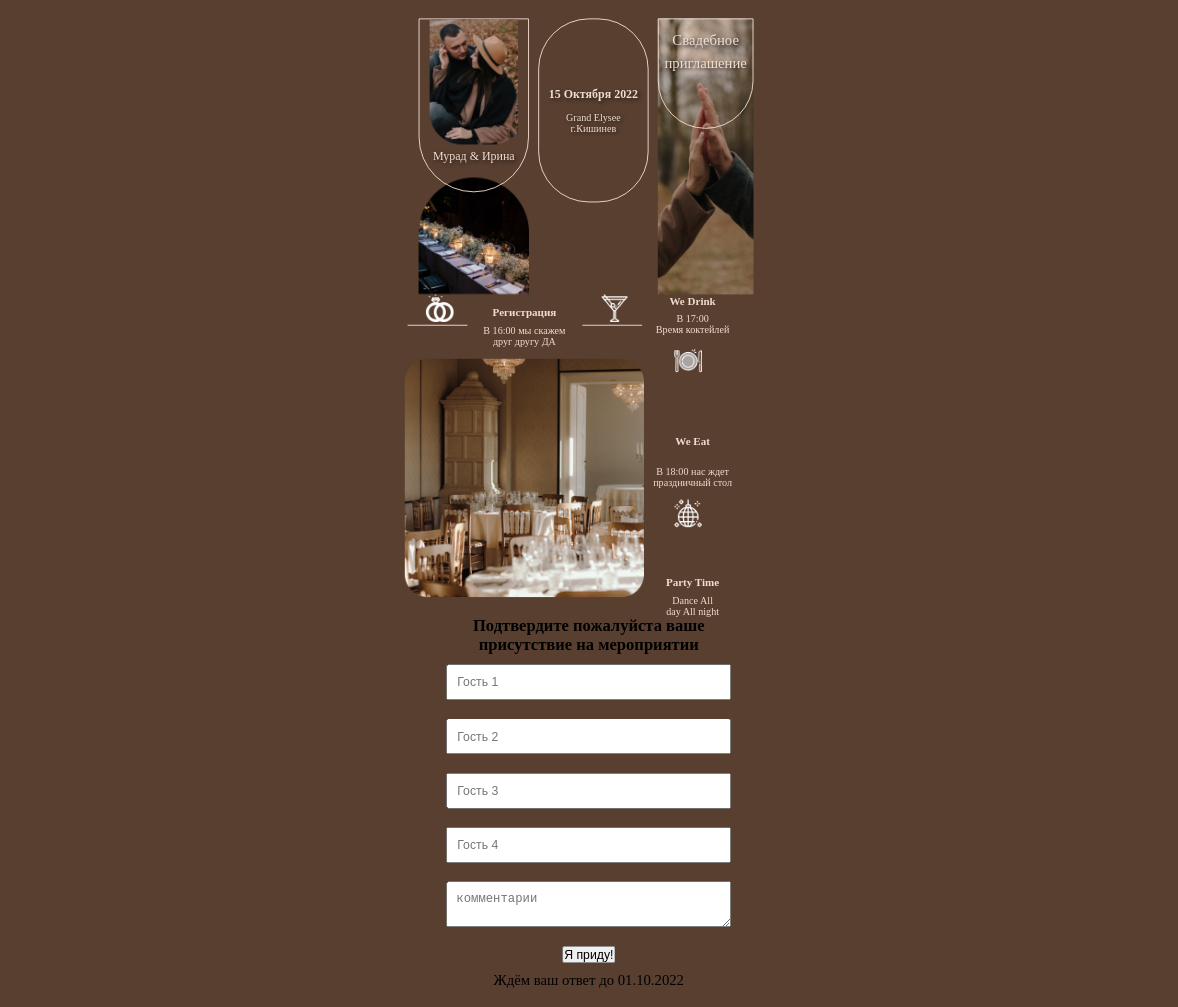
Repository: Anthony8845/wedding_invitation
Page: index.html
The author's editor kept a copy of each file at every save. The page is drawn from the files as they stood at one save, then again after the next save.
The browser window is 1280 px wide. The pictures show the whole page, at 92% of full size.

Above is the page before, as saved 2022-07-29 19:58:54.

### index.html
<!DOCTYPE html>
<html lang="en">
<head>
    <meta charset="UTF-8">
    <meta http-equiv="X-UA-Compatible" content="IE=edge">
    <meta name="viewport" content="width=device-width, user-scalable=yes">
    <link rel="stylesheet" href="./style.css">
    <!-- <script src="./script.js"></script> -->
    <title>Приглашение на свадьбу</title>
</head>
<body>

    <div class="invitation">
        <div class="info">
            <div class="info_block">
                <div class="info_border">
                    <div class="info_img-u"></div>
                    <div class="info_name">Мурад & Ирина</div>
                </div>
                <div class="info_img-d"></div>
            </div>
            <div class="info_block">
                <div class="block__data">
                    <div class="info_timer"></div>
                    <div class="info_date">
                        <h4>15 Октября 2022</h4>
                        <p>Grand Elysee <br>
                            г.Кишинев</p>
                    </div>
                </div>
            </div>
            <div class="info_block">
                <div class="info_invitation">Свадебное<br>приглашение</div>
                <div class="info_img-r"></div>
            </div>

        </div>
        <div class="timetable">
            <div class="timetable_block">
                <div class="block_icon">
                    <div class="icon_reg icon"></div>
                    <div class="line_icon-d"></div>
                </div>
                <div class="block_reg">
                    <h4>Регистрация</h4>
                    <p>В 16:00 мы скажем <br> друг другу ДА</p>
                </div>
                <div class="block_icon">
                    <div class="icon_drink icon"></div>
                    <div class="line_icon-d"></div>
                </div>

            </div>
            <div class="timetable_block">
                <div class="img_table"></div>
            </div>
            <div class="timetable_block">
                <div class="block_drink">
                    <h4>We Drink</h4>
                    <p>В 17:00<br> Время коктейлей</p>
                </div>
                <div class="block_icon">
                    <div class="icon_eat icon"></div>
                    <div class="line_icon-l"></div>
                </div>

                <div class="block_eat"></div>
                    <h4>We Eat</h4>
                    <p>В 18:00 нас ждет <br> праздничный стол</p>
                    <div class="block_icon">
                        <div class="icon_party icon"></div>
                        <div class="line_icon-l"></div>
                    </div>

                <div class="block_party">
                    <h4>Party Time</h4>
                    <p>Dance All<br> day All night</p>
                </div>
            </div>
        </div>
        <div class="thanks">
            <div></div>
            <div></div>
            <div></div>
        </div>
        <form class="form"  action="mail.php"  method="POST" >
            <h2 class="form__header">Подтвердите пожалуйста ваше присутствие на мероприятии</h2>
            <input class="form__input_item" type="text" name="Guest1" placeholder="Гость 1">
            <input class="form__input_item" type="text" name="Guest2" placeholder="Гость 2">
            <input class="form__input_item" type="text" name="Guest3" placeholder="Гость 3">
            <input class="form__input_item" type="text" name="Guest4" placeholder="Гость 4">
            <textarea class="form__comment" name="Comment" placeholder="комментарии"></textarea>
            <button class="form__btn">Я приду!</button>
        </form>
        <div class="footer">Ждём ваш ответ до 01.10.2022</div>
    </div>
</body>
</html>

### style.css
* {
    box-sizing: border-box;
    margin: 0;
    padding: 0;
}

body{
    display: flex;
    justify-content: center;
    padding: 20px 0;
    background-color: rgb(88, 63, 48);
}



.invitation {
    width: 400px;
    display: flex;
    flex-direction: column;
    align-items: center;
}
.info {

    color: rgb(240, 221, 209);
    display: flex;
    justify-content: center;
    align-items: center;
    text-align: center;
    text-shadow: 2px 2px 4px rgb(44, 32, 24);
    /* margin: 10px 3% 30px 3%; */
}
.info_block {
    margin-left: 10px;
    width: 120px;
    height: 300px;

}
.info_border {
    width: 120px;
    position: absolute;
    border: 1px solid rgb(240, 221, 209);
    padding-bottom: 30px;
    border-radius: 0 0 60px 60px;

}
.info_img-u {
    width: 103px;
    height: 136px;
    background: url(./img/IMG_2.png) no-repeat;
    margin-left: auto;
    margin-right: auto;
    width: 6em;
    margin-bottom: 5px;


}
.info_name {
    font-size: 13px;
}
.info_img-d {
    margin-top: 173px;
    width: 120px;
    height: 127px;
    background: url(./img/Image.png) no-repeat;
}

.info_img-r {
    width: 104px;
    height: 300px;
    background: url(./img/IMG_104-300.png);
}

.block__data {
    display: table-cell;
    vertical-align: middle;
    width: 120px;
    height: 200px;
    border: 1px solid rgb(240, 221, 209);
    border-radius: 55px;
}


.info_timer {

}

.info_date {
    font-size: 11px;
}
.info_date h4 {
    font-size: 13px;
    padding-bottom: 10px;
}

.info_invitation{
    width: 104px;
    height: 120px;
    position: absolute;
    border: 1px solid rgb(240, 221, 209);
    border-radius: 0 0 60px 60px;
    padding-top: 10px;
    line-height: 25px;
}

.icon {
    width: 30px;
    height: 30px;
}

.block_icon{
    padding: 0 0 0 23px;
    width: 70px;
    height: 70px;
}

.line_icon-d{
    width: 65px;
    position: relative;
    right: 20px;
    padding-top: 3px;
    border-bottom: 1px solid rgb(240, 221, 209);
}
.line_icon-l{

}

.timetable {
    margin-right: 80px;
    font-size: 11px;
    color: rgb(240, 221, 209);
    max-width: 390px;
    height: 350px;
    display: flex;
    flex-direction: column;
    flex-wrap: wrap;

}
.timetable_block {
    text-align: center;
    max-width: 260px;
    display: flex;
    justify-content: space-between;
}

.timetable_block:last-child {
    margin-left: 10px;
    height: 350px;
    display: flex;
    flex-direction: column;
    /* justify-content: space-between; */
}

.timetable_block h4 {
    font-size: 12px;
    padding-bottom: 5px;
}

.icon_reg {

    background: url(./img/wedding-rings.png) no-repeat ;
    background-size: contain;
}
.block_reg {
   padding-top: 5%;
}
.icon_drink {

    background: url(./img/martini.png) no-repeat;
    background-size: contain;
}
.img_table {
    width: 260px;
    height: 259px;
    background: url(./img/interior.png);
}
.block_drink {
}
.icon_eat {
    background: url(./img/dish.png) no-repeat;
    background-size: contain;
}
.block_eat {
}
.icon_party {
    background: url(./img/mirror-ball.png);
    background-size: contain;
}
.block_party {
}





.form {

    text-align: center;
    margin: 0 10%;

    display: flex;
    flex-direction: column;

}

.form::after {
    content: '';
    position: absolute;
    top: 0;
    left: 0;
    width: 100%;
    height: 100%;
    background: #767676 url(./img/heart.gif) center /50px no-repeat;
    opacity: 0;
    visibility: hidden;
}

.form._sending::after {
    opacity: 0.8;
    visibility: visible;
}


.form__header {
    font-size: 18px;
}

.form__input_item {
    margin: 10px 5px;
    padding: 10px 10px;

}

.form__comment {
    padding: 10px 10px;
    margin: 10px 5px;
    resize: vertical;
    height: 50px;
}

.form__btn {
    margin: 0 auto;
    margin-top: 10px;
    max-width: 70px;
}

.footer {
    margin-top: 10px;
    text-align: center;
}

After the next save:
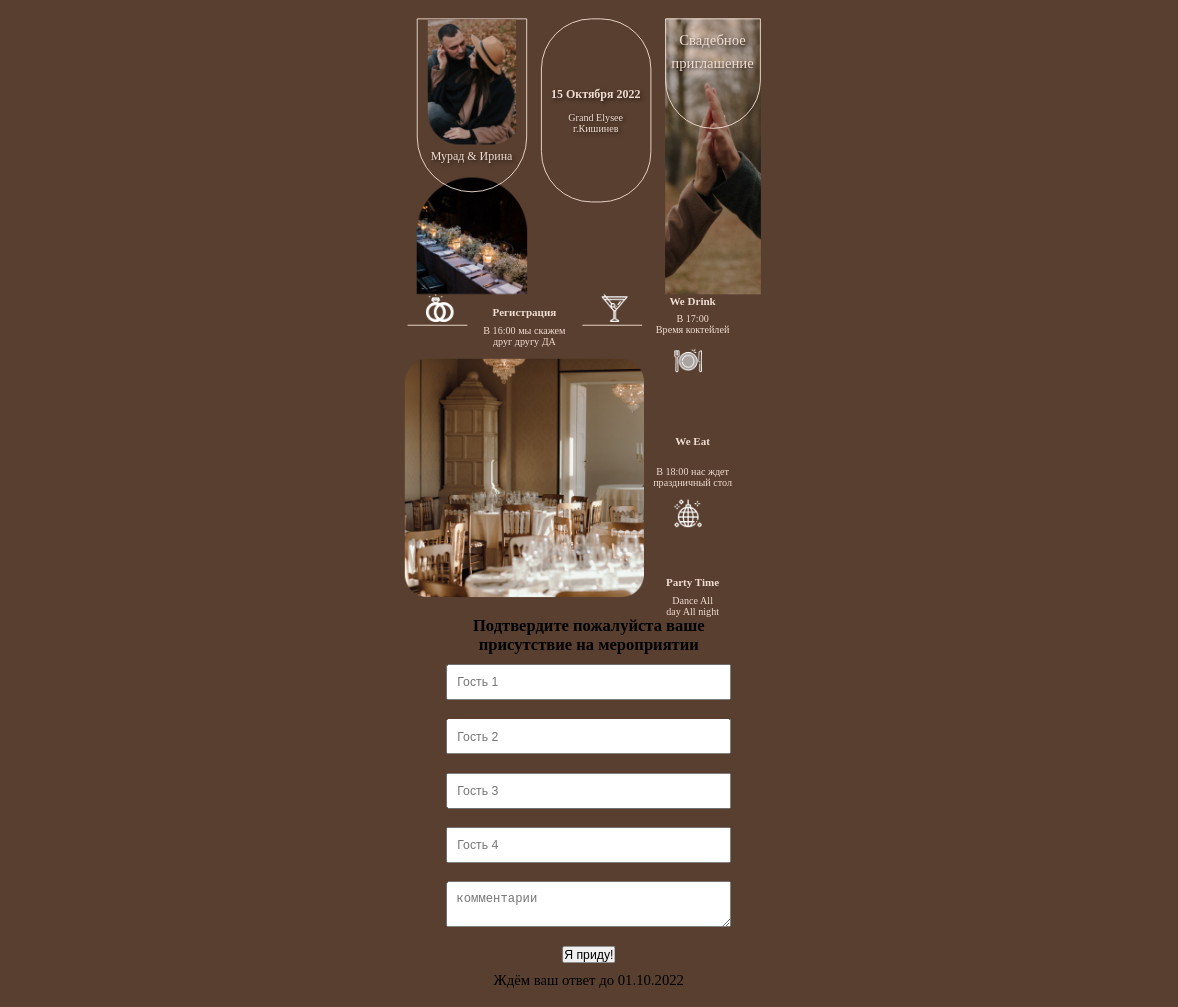
Saved 7 s later.
--- a/style.css
+++ b/style.css
@@ -30,7 +30,7 @@ body{
     /* margin: 10px 3% 30px 3%; */
 }
 .info_block {
-    margin-left: 10px;
+    margin-left: 15px;
     width: 120px;
     height: 300px;
 
